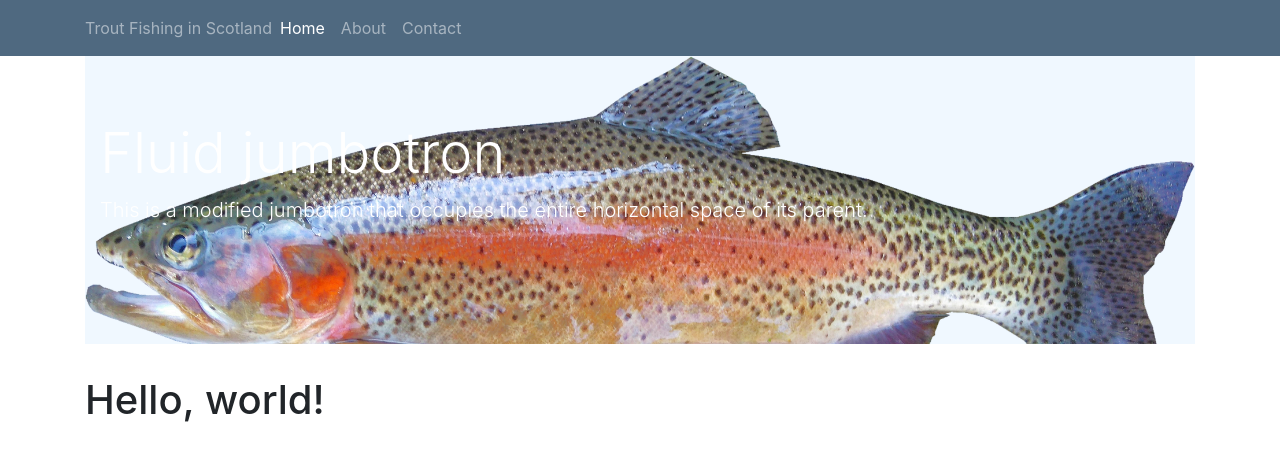
Repository: adrian9211/College_project
Page: index.html
The author's editor kept a copy of each file at every save. The page is drawn from the files as they stood at one save, then again after a run of saves.
The browser window is 1280 px wide. The pictures show the whole page.

Above is the page before, as saved 2020-10-28 13:53:37.

### index.html
<!doctype html>
<html lang="en">
  <head>
    <!-- Required meta tags -->
    <meta charset="utf-8">
    <meta name="viewport" content="width=device-width, initial-scale=1, shrink-to-fit=no">

    <!-- Bootstrap CSS -->
    <link rel="stylesheet" href="https://cdn.jsdelivr.net/npm/bootstrap@4.5.3/dist/css/bootstrap.min.css" integrity="sha384-TX8t27EcRE3e/ihU7zmQxVncDAy5uIKz4rEkgIXeMed4M0jlfIDPvg6uqKI2xXr2" crossorigin="anonymous">
    <link rel="stylesheet" href="css/style.css">

    <title>Trout fishing in Scotland</title>
  </head>
  <body>
      <!-- Navigation  bar start -->
    <nav class="navbar navbar-expand-md navbar-dark sticky-top" role="navigation" id="navbar2" style="background-color: #4F6980;">
        <div class="container">
          <a href="index.html"><span class="navbar-text">Trout Fishing in Scotland</span></a>
          <button class="navbar-toggler" data-toggle="collapse" data-target="#collapse_target">
            <span class="navbar-toggler-icon"></span>
          </button>
          <div class="collapse navbar-collapse" id="collapse_target">
          <ul class="navbar-nav " >
            <li class="nav-item active">
              <a class="nav-link " href="index.html">Home </a>
            </li>
            <li class="nav-item ">
              <a class="nav-link " href="portfolio.html">About</a>
            </li>
            <li class="nav-item ">
              <a class="nav-link " href="contact.html">Contact</a>
            </li>
          </ul>
        </div>
        </div>
      </nav>
      <!-- Navigation  bar end -->
      <div class="container">
        <div class="jumbotron jumbotron-fluid">
            <div class="container alt">
              <h1 class="display-4">Fluid jumbotron</h1>
              <p class="lead">This is a modified jumbotron that occupies the entire horizontal space of its parent.</p>
            </div>
        </div>
          <main>

          </main>
        <h1>Hello, world!</h1>

        </div>
    <!-- Scripts for bootstrap -->
    <script src="https://code.jquery.com/jquery-3.5.1.slim.min.js" integrity="sha384-DfXdz2htPH0lsSSs5nCTpuj/zy4C+OGpamoFVy38MVBnE+IbbVYUew+OrCXaRkfj" crossorigin="anonymous"></script>
    <script src="https://cdn.jsdelivr.net/npm/bootstrap@4.5.3/dist/js/bootstrap.bundle.min.js" integrity="sha384-ho+j7jyWK8fNQe+A12Hb8AhRq26LrZ/JpcUGGOn+Y7RsweNrtN/tE3MoK7ZeZDyx" crossorigin="anonymous"></script>
  </body>
</html>

### css/style.css
.jumbotron {
    background-image: url("../img/trout.png");
    background-color: aliceblue;
    background-size: cover;
    height: 40vh;
}

.alt h1, p {
    color: #fff;
}

After the next 3 saves:
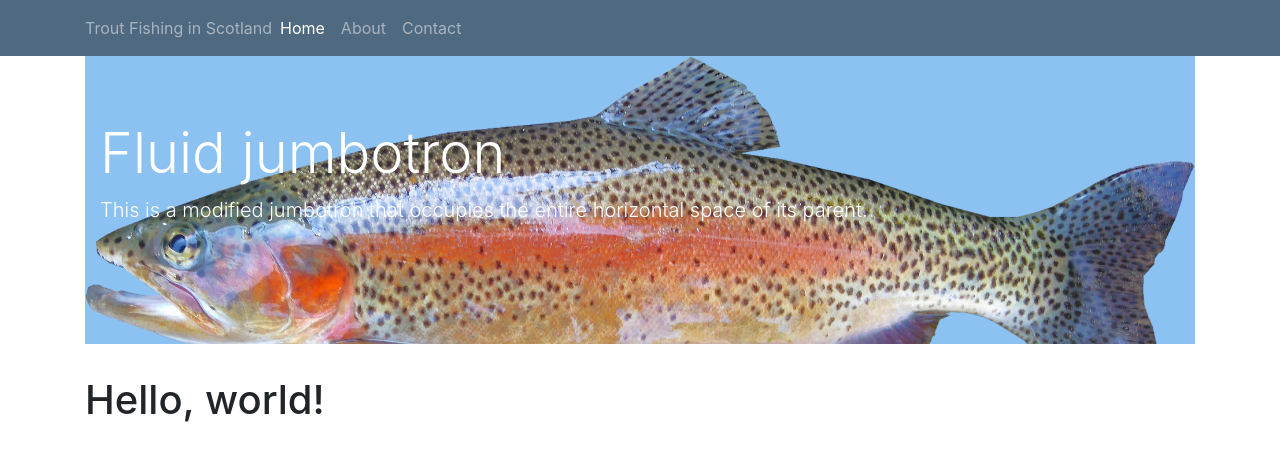
The 3 saves are shown as one change because they came seconds apart.
The last was saved 10 s later.
--- a/css/style.css
+++ b/css/style.css
@@ -1,6 +1,6 @@
 .jumbotron {
     background-image: url("../img/trout.png");
-    background-color: aliceblue;
+    background-color: rgb(139, 194, 241);
     background-size: cover;
     height: 40vh;
 }
